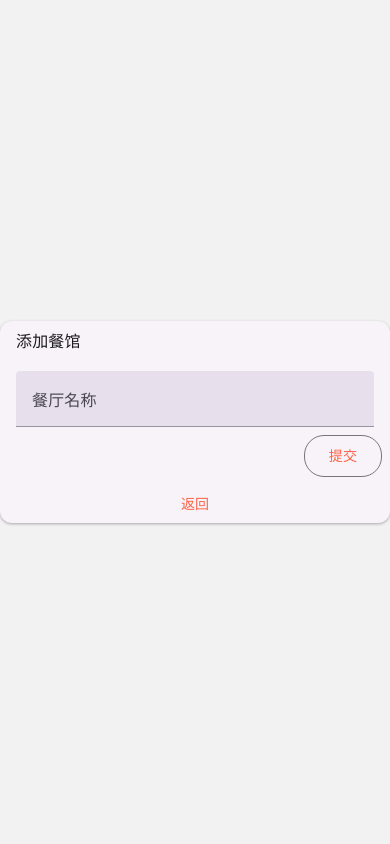
Repository: RidenShogunei/react-native-liveapp
Screen: /Add (app in LiveTool/)
The author's editor kept a copy of each file at every save. The screen is drawn from the files as they stood at one save, then again after the next save.
The page's requests for data from a server got no answer. The app was drawn by React Native's web renderer in a window 390 px wide. The project was rebuilt for these pictures with package versions that can differ from the ones it lists, and the page was loaded fresh each time. No one was signed in, and anything a server would have sent is missing. Also part of the build but not shown: LiveTool/pages/chooseRestaurant.tsx.

Above is the screen before, as saved 2024-05-12 15:43:27.

### LiveTool/App.tsx
import React from 'react';
import {NavigationContainer} from '@react-navigation/native';
import {createStackNavigator} from '@react-navigation/stack';
import MainPage from './pages/mian';
import {PaperProvider} from 'react-native-paper';
import {MD3LightTheme as DefaultTheme} from 'react-native-paper';
import Res from './pages/chooseRestaurant';
import Add from './pages/add'
// 创建一个 Stack Navigator
const Stack = createStackNavigator();
const theme = {
  ...DefaultTheme,
  colors: {
    ...DefaultTheme.colors,
    primary: 'tomato',
    secondary: 'yellow',
  },
};
function App() {
  return (
    <PaperProvider theme={theme}>
      <NavigationContainer>
        <Stack.Navigator initialRouteName="Main">
          <Stack.Screen
            name="Main"
            component={MainPage}
            options={{headerShown: false}}
          />
          <Stack.Screen
            name="Res"
            component={Res}
            options={{headerShown: false}}
          />
           <Stack.Screen
            name="Add"
            component={Add}
            options={{headerShown: false}}
          />
        </Stack.Navigator>
      </NavigationContainer>
    </PaperProvider>
  );
}

export default App;

### LiveTool/pages/mian.tsx
import React, {useState, useEffect} from 'react';
import {View, Text, ScrollView, Dimensions, StyleSheet} from 'react-native';
import {Card, Button} from 'react-native-paper';
import {Picker} from '@react-native-picker/picker';
import { storeData, retrieveData } from '../api/getres';
const {width: viewportWidth} = Dimensions.get('window');

function MainPage({ navigation }) {
  const [weather, setWeather] = useState(null);
  const [city, setCity] = useState(101010100);
  useEffect(() => {
    fetch(
      `https://devapi.qweather.com/v7/weather/now?location=${city}&key=acfa15e64b854efcb254f98a8b29568e`,
    )
      .then(response => {
        console.log('Response status:', response.status);
        return response.json();
      })
      .then(data => {
        console.log('Weather data:', data);
        setWeather(data);
      })
      .catch(error => {
        console.error('Error fetching weather data:', error);
      });
  }, [city]);
  useEffect(() => {
    (async () => {
      const getthing = await retrieveData();
        await storeData();

    })();
  }, []);
  return (
    <ScrollView contentContainerStyle={{flexGrow: 1}}>
      <ScrollView
        horizontal
        pagingEnabled
        showsHorizontalScrollIndicator={false}
        contentContainerStyle={{
          alignItems: 'center',
          justifyContent: 'center',
        }}>
        {weather && (
          <Card style={{width: viewportWidth}}>
            <Card.Content>
              <Text style={styles.text}>实时天气</Text>
              <Picker
                selectedValue={city}
                style={{
                  height: 50,
                  width: 120,
                  borderWidth: 1,
                  borderColor: '#000',
                  shadowColor: '#000',
                  shadowOffset: {width: 0, height: 2},
                  shadowOpacity: 0.8,
                  shadowRadius: 2,
                  elevation: 1,
                }}
                onValueChange={(itemValue, itemIndex) => setCity(itemValue)}>
                <Picker.Item label="北京" value="101010100" />
                <Picker.Item label="上海" value="101020100" />
                <Picker.Item label="嘉定" value="101020500" />
                {/* 更多城市省略... */}
              </Picker>
              <Text>{`Temperature: ${weather.now.temp}度`}</Text>
              <Text>{`Feels Like: ${weather.now.feelsLike}度`}</Text>
              <Text>{`Weather: ${weather.now.text}`}</Text>
              <Text>{`Wind Direction: ${weather.now.windDir}`}</Text>
              <Text>{`Wind Scale: ${weather.now.windScale}级`}</Text>
            </Card.Content>
          </Card>
        )}
      </ScrollView>

      <View>
        <Card style={{margin: 10}}>
          <Card.Content>
            <Text style={styles.text}>随机餐馆{'\n'}</Text>
            <Button
              mode="contained"
              onPress={() => navigation.navigate('Res')}>
              Press me
            </Button>
          </Card.Content>
        </Card>
        <Card style={{margin: 10}}>
          <Card.Content>
            <Text style={styles.text}>添加餐馆{'\n'}</Text>
            <Button
              mode="contained"
              onPress={() => navigation.navigate('Add')}>
              Press me
            </Button>
          </Card.Content>
        </Card>
        <Card style={{margin: 10}}>
          <Card.Content>
            <Text style={styles.text}>餐馆详情{'\n'}</Text>
            <Button
              mode="contained"
              onPress={() => console.log('Button pressed')}>
              Press me
            </Button>
          </Card.Content>
        </Card>
        {/* 更多的 Card... */}
      </View>
    </ScrollView>
  );
}
const styles = StyleSheet.create({
  container: {
    flex: 1,
    backgroundColor: '#fff',
    alignItems: 'center',
    justifyContent: 'center',
  },
  text: {
    textAlign: 'center',
    fontSize: 20,
  },
});
export default MainPage;

### LiveTool/pages/add.tsx
import React, {useState} from 'react';
import {View, Alert} from 'react-native';
import {Card, Button, TextInput} from 'react-native-paper';
import {retrieveData, addRestaurant} from '../api/getres'; // 引入你的api

function AddRestaurant({navigation}) {
  const [name, setName] = useState('');

  const handleSubmit = async () => {
    try {
      const formal = await retrieveData();
      await addRestaurant(name);
      // 清除输入框的内容
      setName('');
      // 提示成功信息
      Alert.alert('成功', '成功添加餐厅！');
    } catch (error) {
      console.error(error);
    }
  };

  return (
    <View style={{flex: 1, justifyContent: 'center'}}>
      <Card>
        <Card.Title title="添加餐馆" />
        <Card.Content>
          <TextInput label="餐厅名称" value={name} onChangeText={setName} />
        </Card.Content>
        <Card.Actions>
          <Button onPress={handleSubmit}>提交</Button>
        </Card.Actions>
        <Button onPress={() => navigation.navigate('Main')}>返回</Button>
      </Card>
    </View>
  );
}

export default AddRestaurant;

### LiveTool/api/getres.ts
import AsyncStorage from "@react-native-async-storage/async-storage";

export const storeData = async () => {
    try {
        const restaurants = [
            'KFC',
            'MacDonalds',
            'Burger King',
            '塔克星',
            '面霸',
            '小样',
            '小食堂',
            "大食堂",
            "杨国福",
            "希食东"
        ];
        await AsyncStorage.setItem('restaurants', JSON.stringify(restaurants));
    } catch (error) {
        // Error saving data
        console.log(error);
    }
};

export const retrieveData = async () => {
    try {
        const value = await AsyncStorage.getItem('restaurants');
        if (value !== null) {
            // Our data is fetched successfully
            return JSON.parse(value);
        }
        return null;
    } catch (error) {
        // Error retrieving data
        console.log(error);
        return null;
    }
};

export const addRestaurant = async (newRestaurant: string) => {
    try {
        // 获取当前的餐厅列表
        const currentData = await AsyncStorage.getItem('restaurants');
        let restaurants: string[] = currentData ? JSON.parse(currentData) : [];

        // 添加新的餐厅
        restaurants.push(newRestaurant);

        // 存储更新后的餐厅列表
        await AsyncStorage.setItem('restaurants', JSON.stringify(restaurants));
    } catch (error) {
        console.log(error);
    }
};

After the next save:
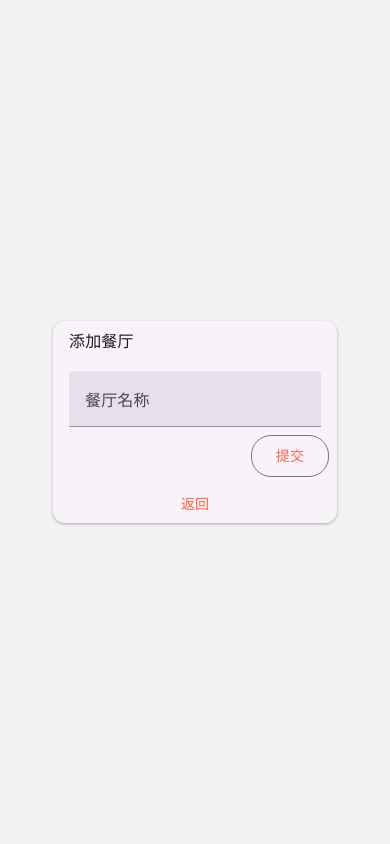
Saved 79 s later.
--- a/LiveTool/pages/add.tsx
+++ b/LiveTool/pages/add.tsx
@@ -1,30 +1,36 @@
-import React, {useState} from 'react';
-import {View, Alert} from 'react-native';
-import {Card, Button, TextInput} from 'react-native-paper';
-import {retrieveData, addRestaurant} from '../api/getres'; // 引入你的api
+import React, { useState } from 'react';
+import { View, Alert } from 'react-native';
+import { Card, Button, TextInput } from 'react-native-paper';
+import { addRestaurant, retrieveData } from '../api/getres'; // 引入你的api
 
-function AddRestaurant({navigation}) {
+function AddRestaurant({ navigation }) {
   const [name, setName] = useState('');
 
   const handleSubmit = async () => {
     try {
-      const formal = await retrieveData();
-      await addRestaurant(name);
-      // 清除输入框的内容
-      setName('');
-      // 提示成功信息
-      Alert.alert('成功', '成功添加餐厅！');
+      const existingNames = await retrieveData();
+      if (existingNames.includes(name)) {
+        Alert.alert('错误', '该餐厅已存在！');
+      } else {
+        await addRestaurant(name);
+        setName('');
+        Alert.alert('成功', '成功添加餐厅！');
+      }
     } catch (error) {
       console.error(error);
     }
-  };
+  }
 
   return (
-    <View style={{flex: 1, justifyContent: 'center'}}>
+    <View style={{ flex: 1, justifyContent: 'center', alignItems: 'center' }}>
       <Card>
-        <Card.Title title="添加餐馆" />
+        <Card.Title title="添加餐厅" />
         <Card.Content>
-          <TextInput label="餐厅名称" value={name} onChangeText={setName} />
+          <TextInput
+            label="餐厅名称"
+            value={name}
+            onChangeText={setName}
+          />
         </Card.Content>
         <Card.Actions>
           <Button onPress={handleSubmit}>提交</Button>
@@ -32,7 +38,7 @@
         <Button onPress={() => navigation.navigate('Main')}>返回</Button>
       </Card>
     </View>
-  );
+  )
 }
 
 export default AddRestaurant;

After the save that followed:
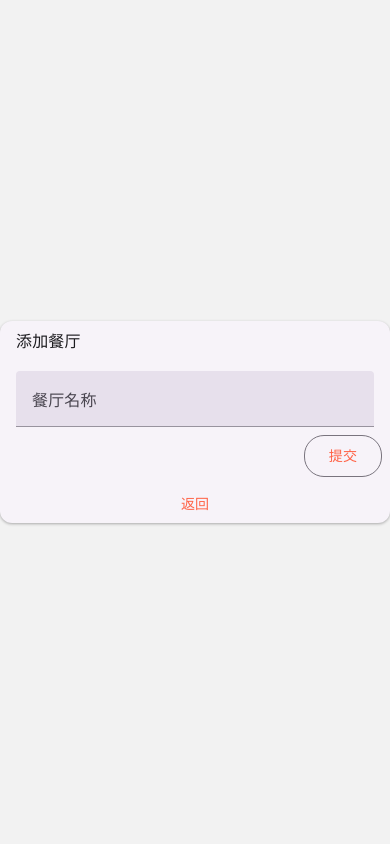
Saved 12 s later.
--- a/LiveTool/pages/add.tsx
+++ b/LiveTool/pages/add.tsx
@@ -22,7 +22,7 @@
   }
 
   return (
-    <View style={{ flex: 1, justifyContent: 'center', alignItems: 'center' }}>
+    <View style={{ flex: 1, justifyContent: 'center'}}>
       <Card>
         <Card.Title title="添加餐厅" />
         <Card.Content>
